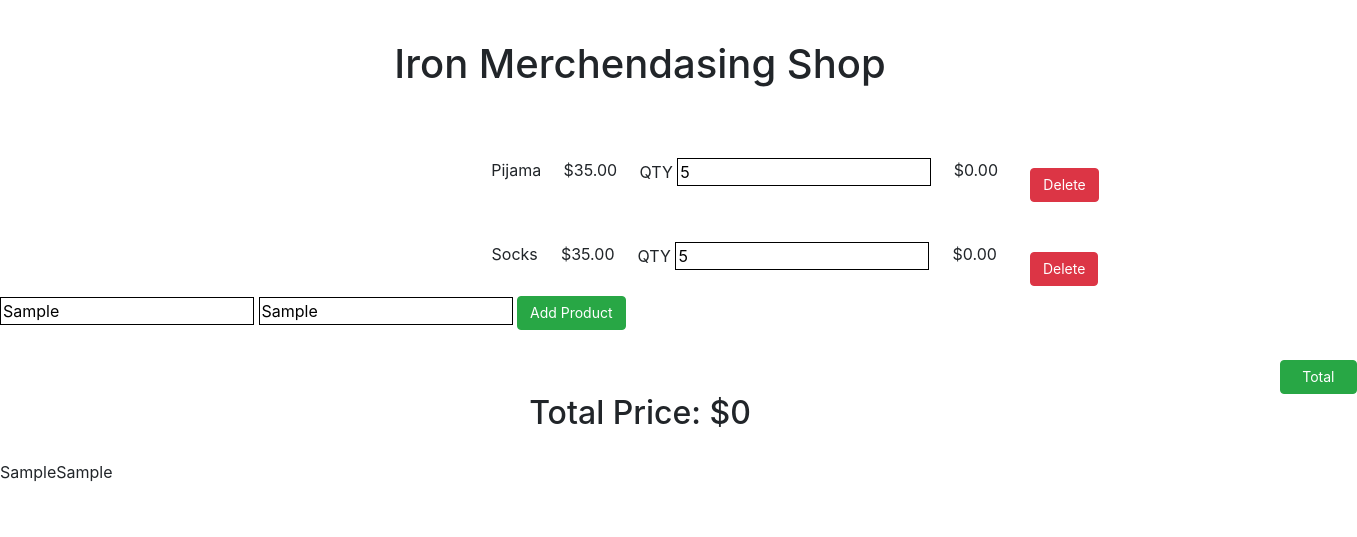
Repository: konstantin0s/lab-cart-DOM
Page: index.html
An editor plug-in stored every save of this project. The page is shown before and after the next save, followed by the edit.
The browser window is 1280 px wide. The page is 1357 px wide, so the pictures cover 1357 px, including what lies to the right of the window. The pictures show the whole page.
Empty fields were first filled with sample values (such as "Sample", 5 or name@example.com).
After loading, the first visible `#addNewProd` was submitted once.
Some web libraries are served in a nearby version.

Above is the page before, as saved 2019-02-03 21:38:30.
Console error: TypeError: Cannot set properties of null (setting 'onclick')

After the next save:
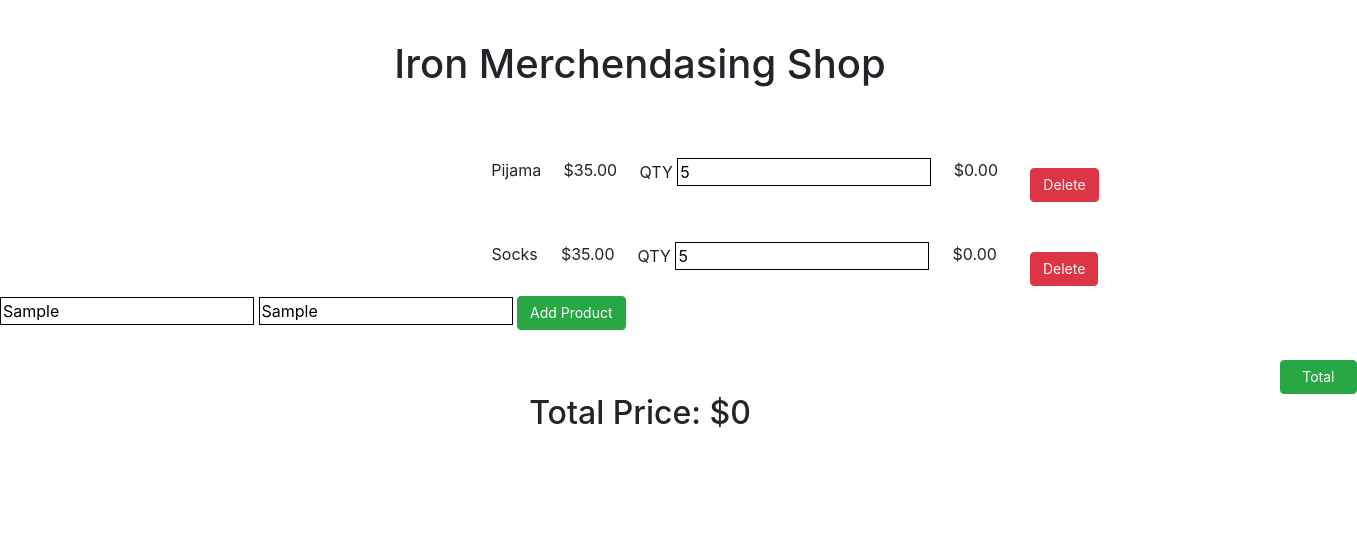
Saved 3 min 14 s later.
--- a/js/index.js
+++ b/js/index.js
@@ -117,10 +117,14 @@
   //new div & span quantity name
   var divPr = document.createElement("div");
   div.className = "price";
-  var quaSpan = document.createElement("span");
-  div.appendChild(quaSpan);
+  var prSpan = document.createElement("span");
+  div.appendChild(prSpan);
   //append new product to new span
   quaSpan.appendChild(document.createTextNode(quant));
+
+  var divQua = document.createElement("div");
+  var quaSpan = document.createElement("input");
+  div.appendChild(quaSpan);
 
   // var divDel = document.createElement("div");
   // divDel.className = "remove";

After the save that followed:
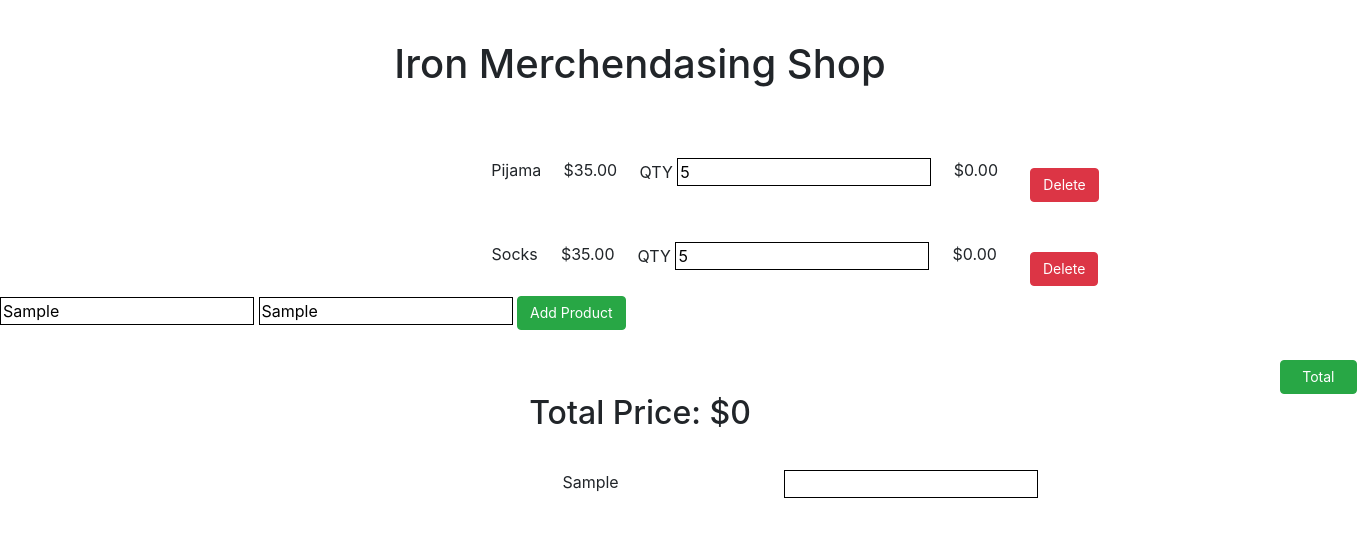
Saved 3 min 59 s later.
--- a/js/index.js
+++ b/js/index.js
@@ -114,13 +114,14 @@
   span.appendChild(document.createTextNode(newProd));
 
 
-  //new div & span quantity name
+  //new div & span price name
   var divPr = document.createElement("div");
-  div.className = "price";
+  divPr.className = "price";
   var prSpan = document.createElement("span");
-  div.appendChild(prSpan);
-  //append new product to new span
-  quaSpan.appendChild(document.createTextNode(quant));
+  divPr.appendChild(prSpan);
+  //append new price to new span
+  var price = document.querySelector('.price').value;
+  prSpan.appendChild(document.createTextNode(price));
 
   var divQua = document.createElement("div");
   var quaSpan = document.createElement("input");
